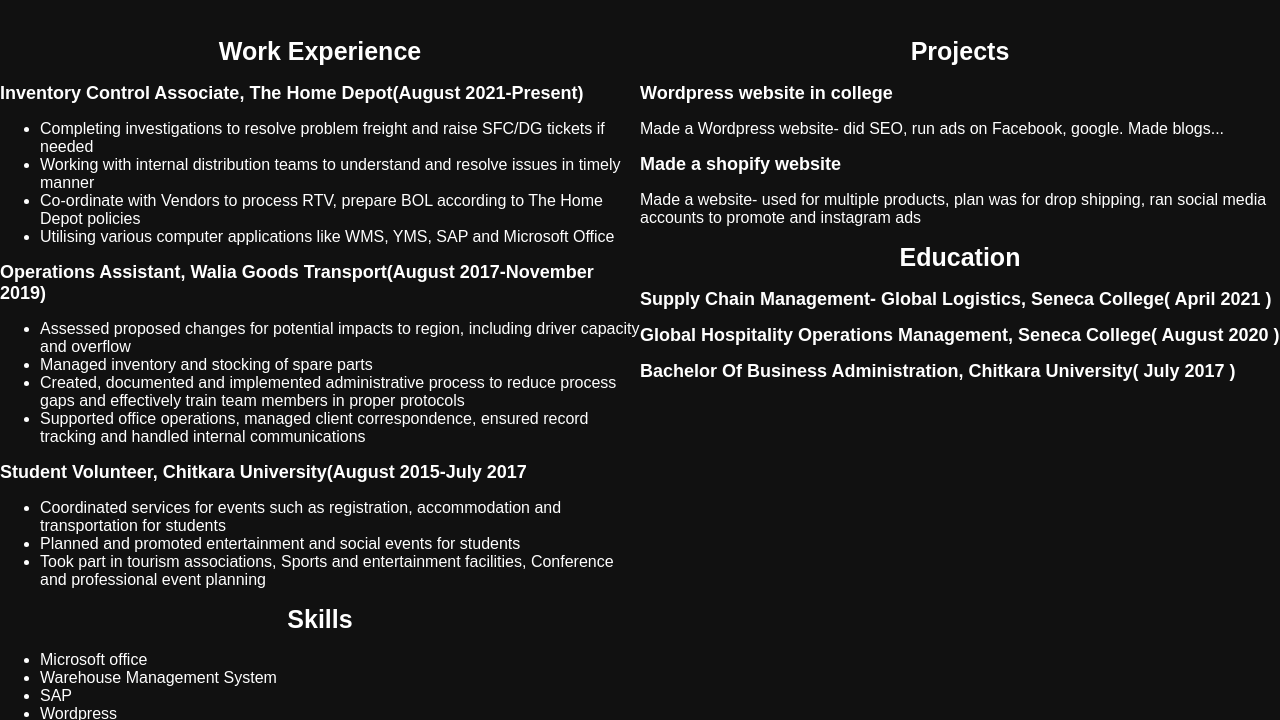
Repository: jashn13/portfolio
Page: index.html
An editor plug-in stored every save of this project. The page is shown before and after the next save, followed by the edit.
The browser window is 1280 px wide. The pictures show the whole page.

Above is the page before, as saved 2021-11-12 08:33:07.

After the next save:
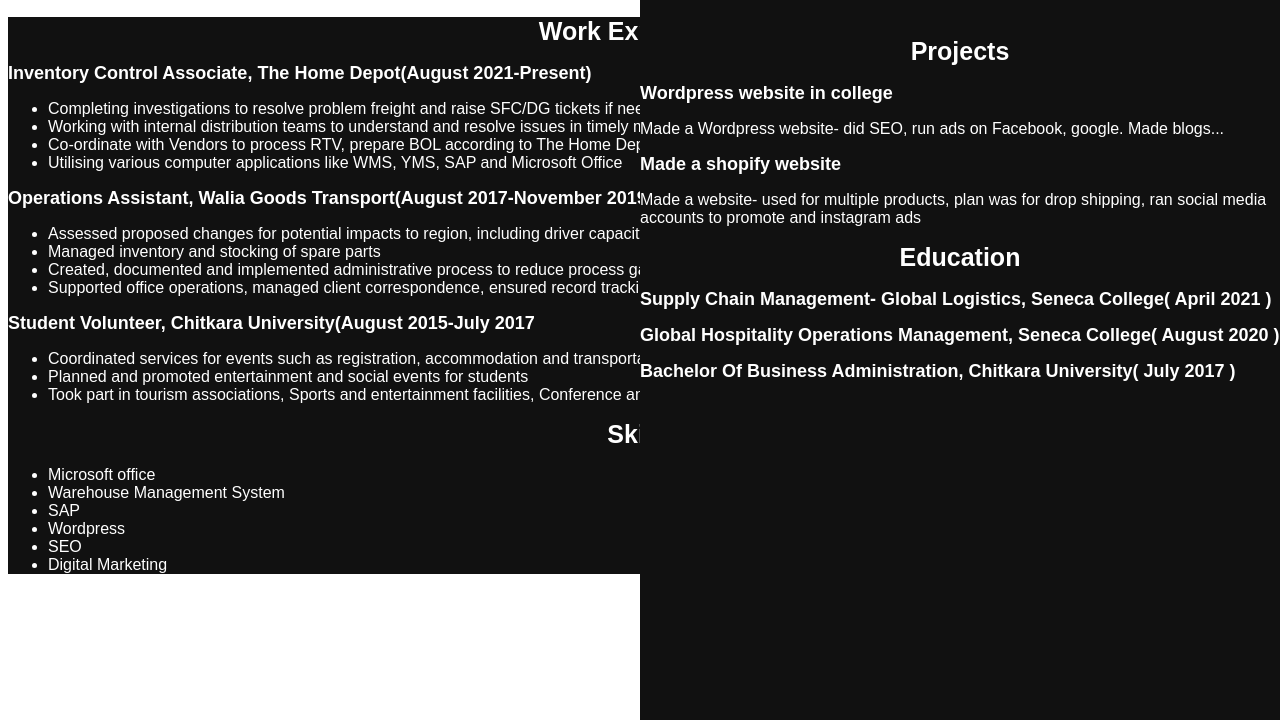
Saved 23 h 40 min later.
--- a/index.html
+++ b/index.html
@@ -50,7 +50,7 @@ body {
 </head>
 <body>
 
-<div class="split left">
+<div class="left">
     <h1>Work Experience</h1>
 <h2>Inventory Control Associate, The Home Depot(August 2021-Present)</h2>
 <ul>
